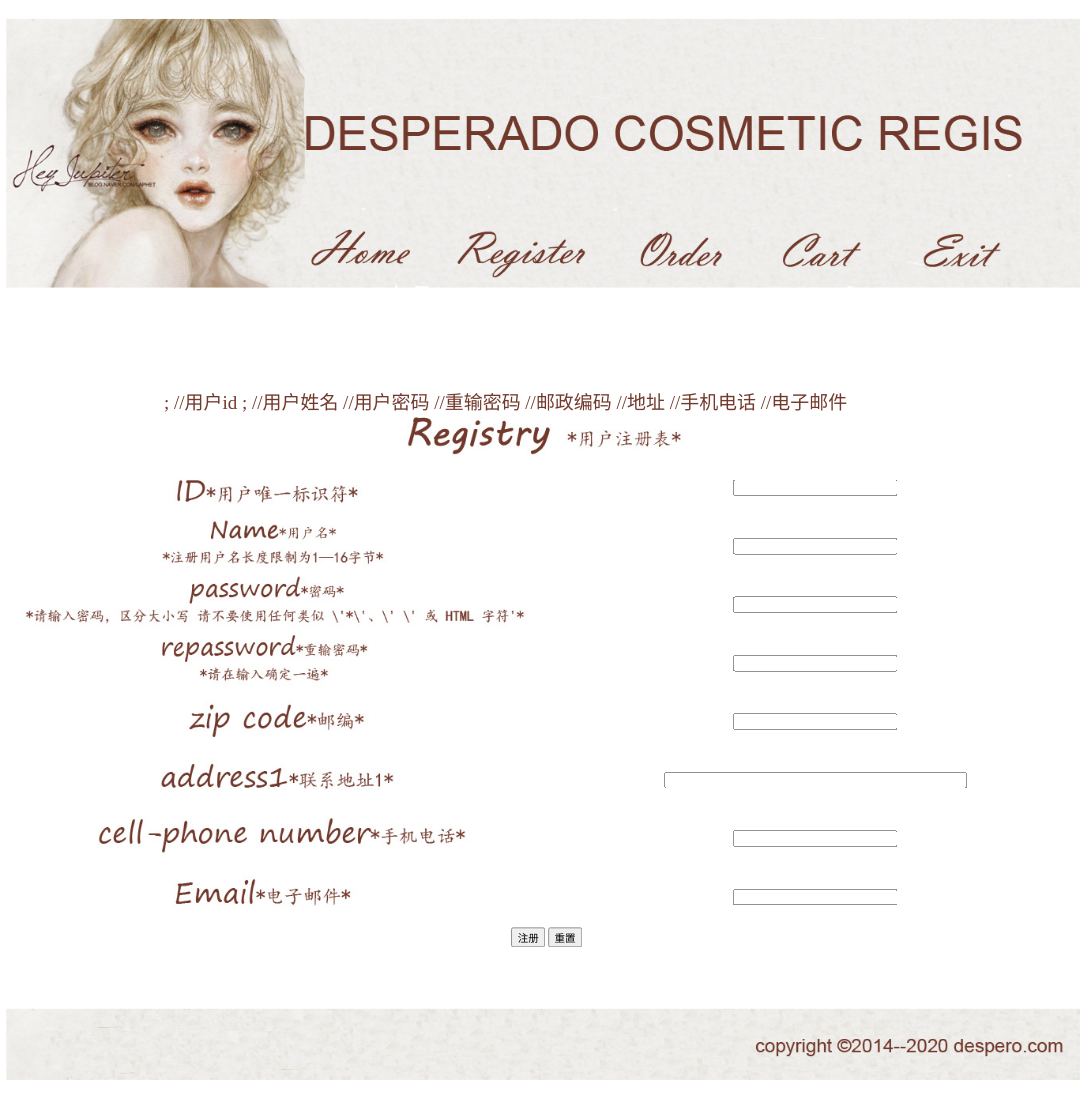
Repository: Nammine/despecos_java
Page: http://localhost/descos_java/register.jsp
An editor plug-in stored every save of this project. The page is shown before and after the next save, followed by the edit.
The browser window is 1280 px wide. The page is 1373 px wide, so the pictures cover 1373 px, including what lies to the right of the window. The pictures show the whole page, at 79% of full size.
The page is served by Tomcat 9.

Above is the page before, as saved 2014-07-10 09:50:40.

After the next save:
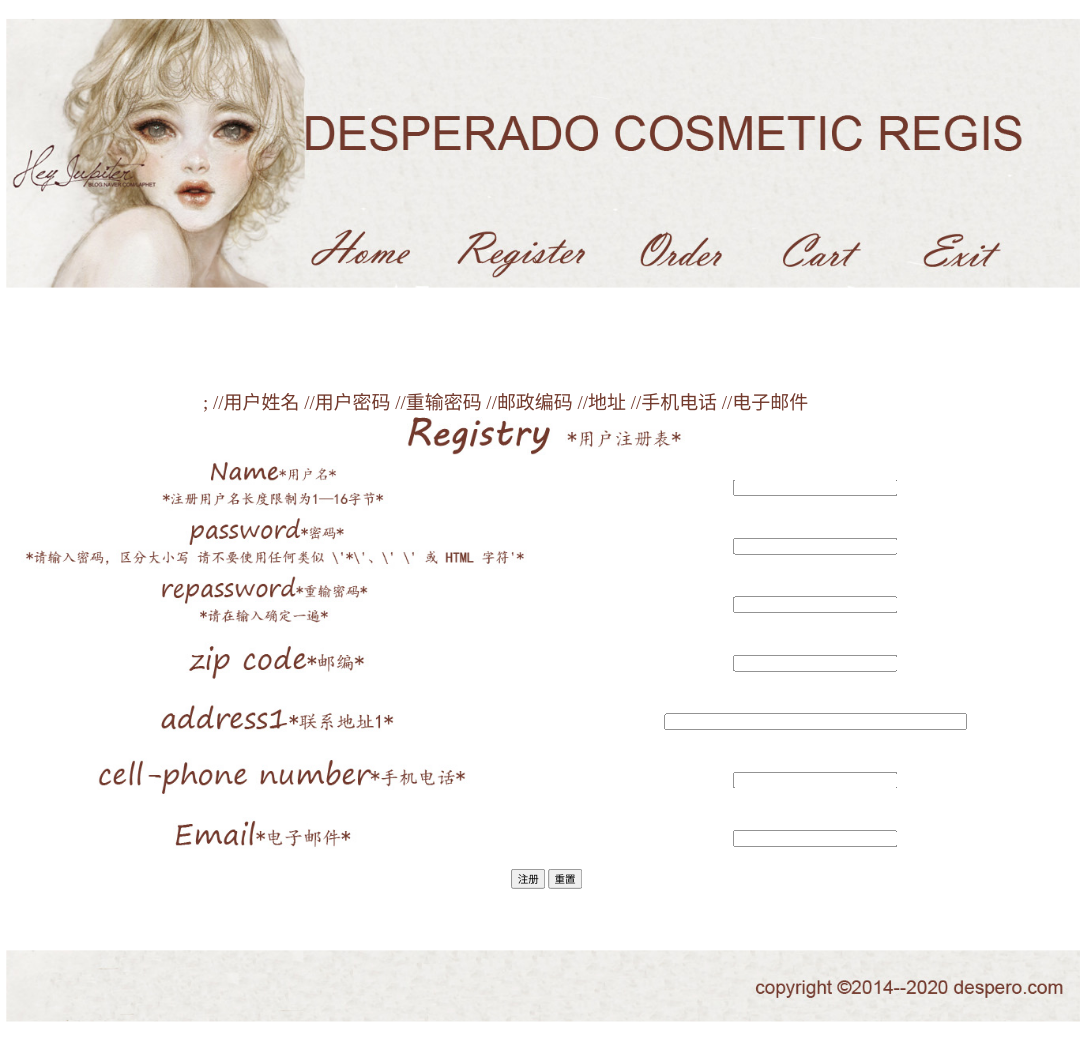
Saved 18 s later.
--- a/descos_java/WebContent/register.jsp
+++ b/descos_java/WebContent/register.jsp
@@ -34,11 +34,6 @@
     <td colspan="2"><img src="images/registou.jpg" width="1359" height="50" /></td>
   </tr>
   <tr>
-    <td width="679"><img src="images/useridd.jpg" width="679" height="70" /></td>
-    <td width="676"><input type="text" id="id" maxLength="8" size="32" name="userid" style="font-family: Tahoma,Verdana,宋体; font-size: 12px; line-height: 15px; color:"></td>;</td>
-  </tr>
-  //用户id
-  <tr>
     <td width="679"><img src="images/username.jpg" width="679" height="70" /></td>
     <td width="676"><input type="text" id="name" maxLength="8" size="32" name="username" style="font-family: Tahoma,Verdana,宋体; font-size: 12px; line-height: 15px; color:"></td>;</td>
   </tr>
@@ -60,7 +55,7 @@
  //邮政编码
   <tr>
     <td><img src="images/adress1.jpg" width="679" height="70" /></td>
-    <td><input type="text" size="64" maxlength="32" id="street1" style="font-family: Tahoma,Verdana,宋体; font-size: 12px; line-height: 15px; color: #000000"></td>
+    <td><input type="text" size="64" maxlength="32" id="street" style="font-family: Tahoma,Verdana,宋体; font-size: 12px; line-height: 15px; color: #000000"></td>
   </tr>
   //地址
   <tr>
